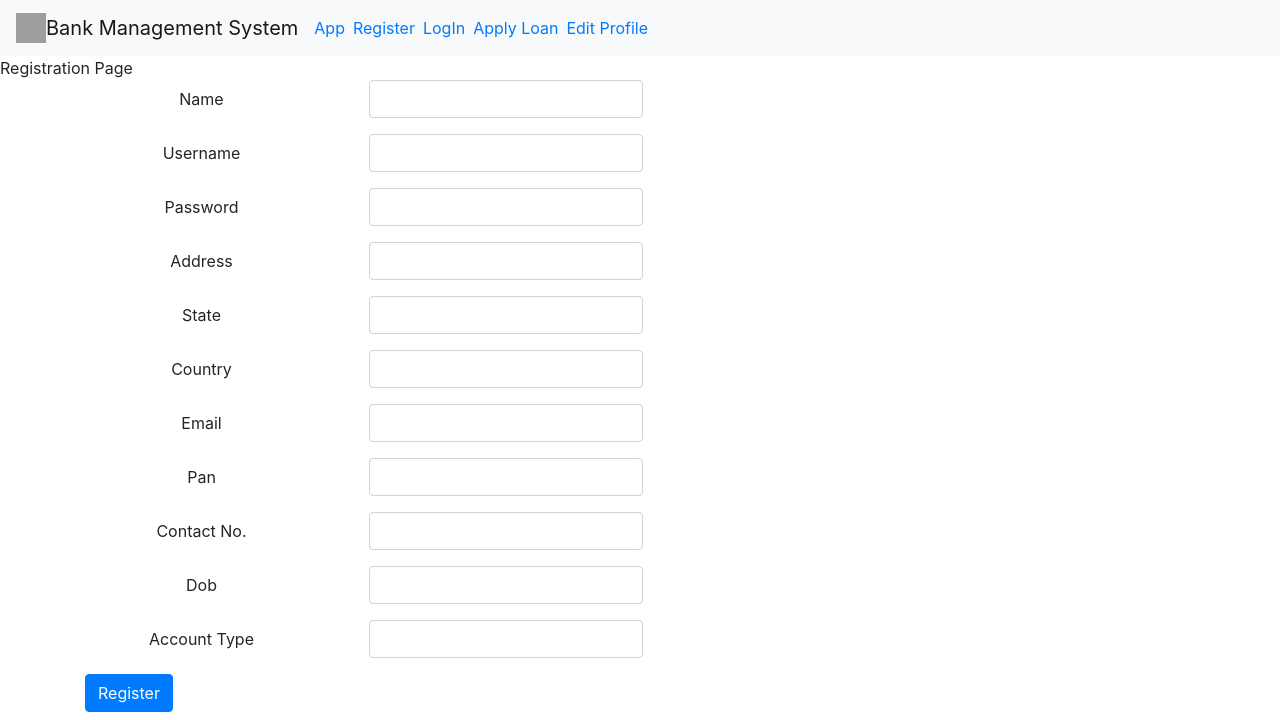
Repository: Nilkumar-Sharma/Bank-Management-System-Frontend-React
Page: /register
These files come from the project's save history. The page is drawn as it stood at one moment and after the next save; the edit follows.
The browser window is 1280 px wide. The pictures show the whole page.
Pictures or frames that could not be fetched are drawn as grey boxes. The project was rebuilt for these pictures with package versions that can differ from the ones it lists, and the page was loaded fresh each time. Also part of the build but not shown: src/App.css, src/Counter/Counter.js, src/App.js, src/components/Register/Register.module.scss, src/components/LogIn/LogIn.module.scss, src/components/LogIn/LogIn.js, src/components/Loan/Loan.module.scss, src/components/Loan/Loan.js and 1 more.

Above is the page before, as saved 2020-07-28 13:40:00.

After the next save:
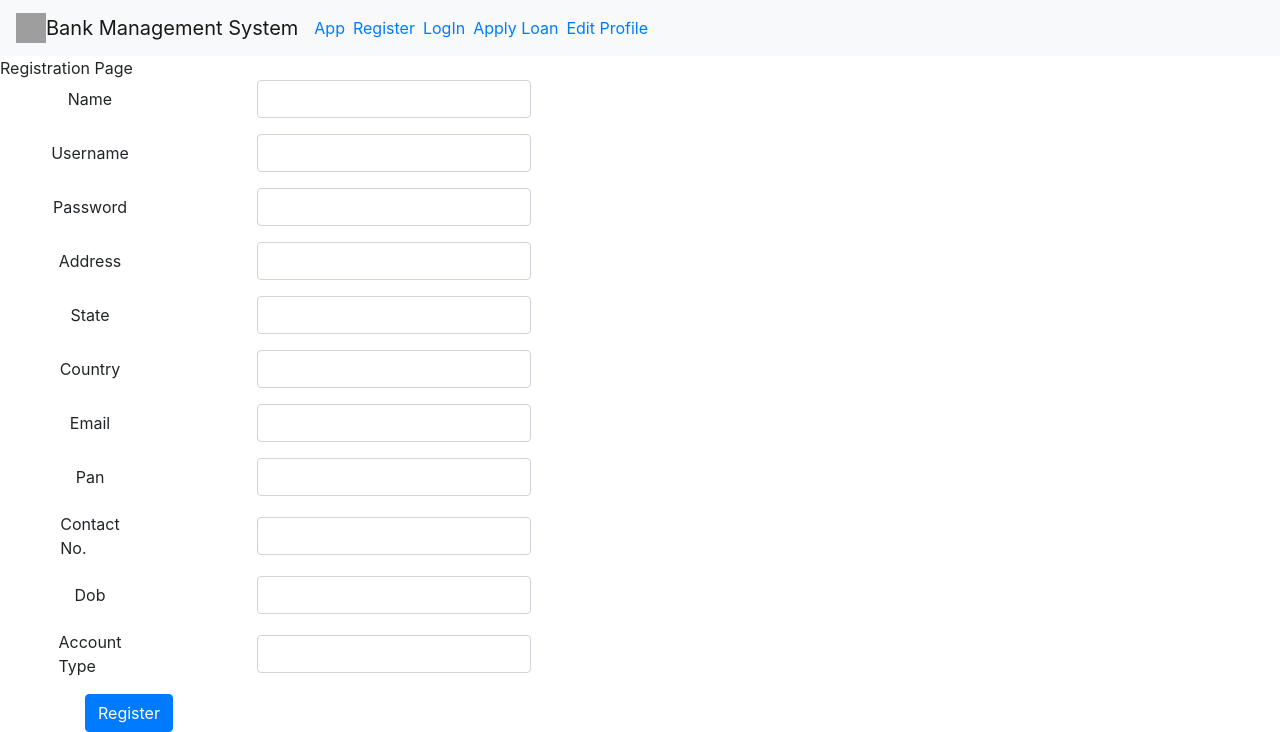
Saved 27 s later.
--- a/src/components/Shared/InputField/InputField.css
+++ b/src/components/Shared/InputField/InputField.css
@@ -1,5 +1,6 @@
 label{
-    width: 233px;
+    width: 10px;
+    margin: 10 10 0 0 ;
     /* margin-left: 20px; */
 }
 /*  */
